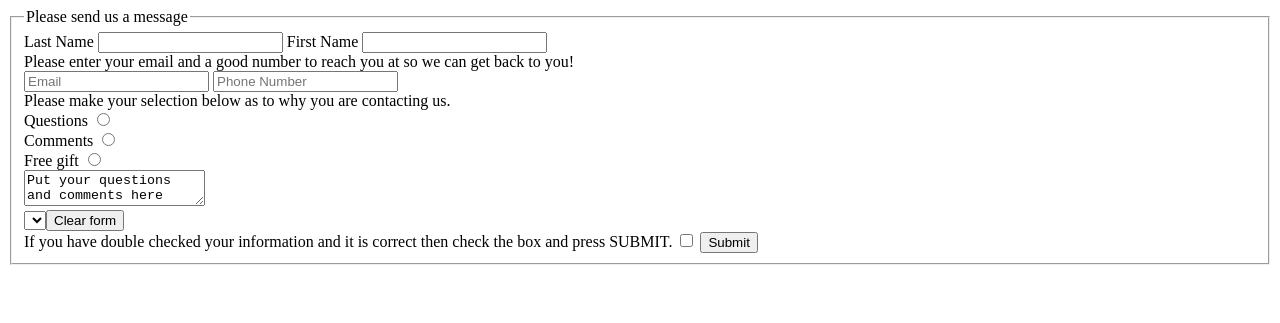
Repository: nsisk1/web-page-project
Page: contact-us.html
These files come from the project's save history. The page is drawn as it stood at one moment and after the next save; the edit follows.
The browser window is 1280 px wide. The pictures show the whole page.

Above is the page before, as saved 2024-07-14 10:19:17.

After the next save:
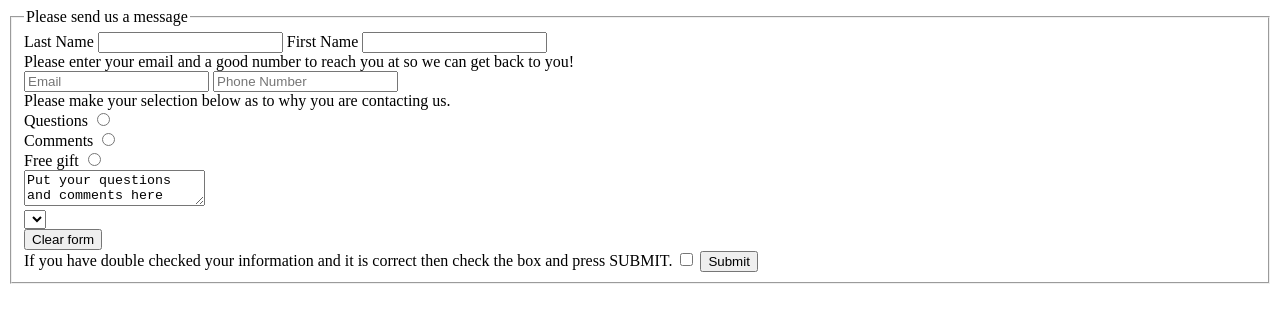
Saved 29 s later.
--- a/contact-us.html
+++ b/contact-us.html
@@ -35,7 +35,7 @@
                 <textarea name="textbox">Put your questions and comments here</textarea>
                 <br>
                 <select name="gift">
-                    <option value="gift"
+                    <option value="gift"></option>
                 </select>
                 <br>
                 <input type="reset" value="Clear form">
